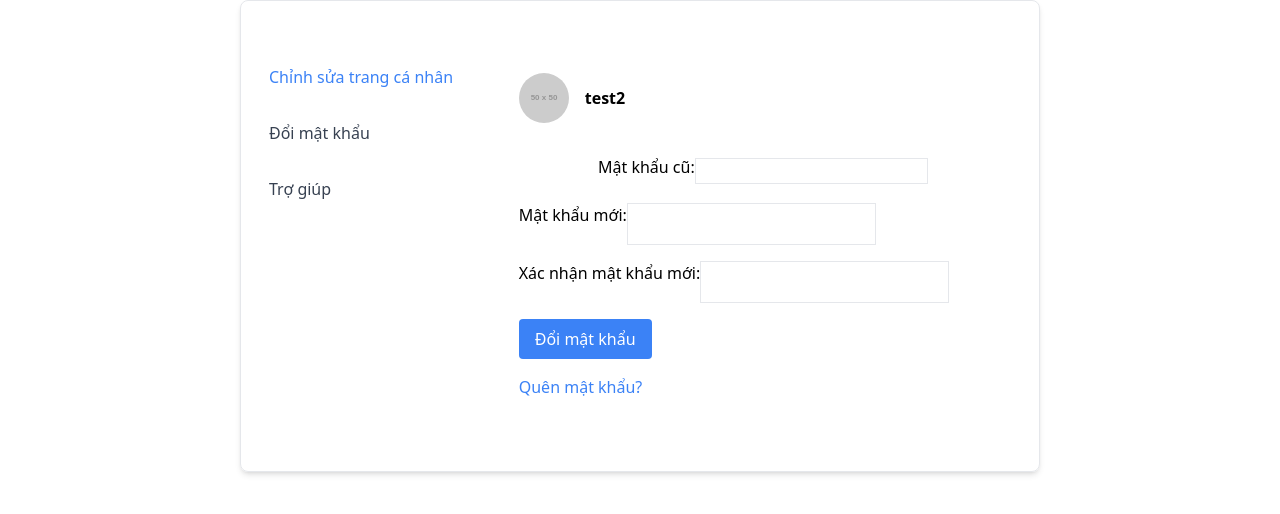
Repository: DangNgocDuong250903/2425_CS445AC_NHOM1
Page: /changepassword (app in social_fe/)
The author's editor kept a copy of each file at every save. The page is drawn from the files as they stood at one save, then again after the next save.
The browser window is 1280 px wide. The pictures show the whole page.
The project was rebuilt for these pictures with package versions that can differ from the ones it lists, and the page was loaded fresh each time. Also part of the build but not shown: social_fe/vite.config.js, social_fe/src/components/Button/index.jsx, social_fe/src/assets/index.js, social_fe/src/components/FriendCard/index.jsx, social_fe/src/components/Loading/index.jsx, social_fe/src/components/PostCard/index.jsx, social_fe/src/components/ProfileCard/index.jsx, social_fe/src/components/TextInput/index.jsx and 9 more.

Above is the page before, as saved 2024-11-05 16:44:50.

### social_fe/index.html
<!DOCTYPE html>
<html lang="en">
  <head>
    <meta charset="UTF-8" />
    <link rel="icon" type="image/svg+xml" href="/public/logo.svg" />
    <meta name="viewport" content="width=device-width, initial-scale=1.0" />
    <title>LinkVerse</title>
  </head>
  <body>
    <div id="root"></div>
    <script type="module" src="/src/main.jsx"></script>
  </body>
</html>

### social_fe/src/main.jsx
import { StrictMode } from "react";
import { createRoot } from "react-dom/client";
import App from "./App.jsx";
import "./index.css";
import { store } from "./redux/store.js";
import { Provider } from "react-redux";
import { BrowserRouter } from "react-router-dom";

createRoot(document.getElementById("root")).render(
  <StrictMode>
    <Provider store={store}>
      <BrowserRouter>
        <App />
      </BrowserRouter>
    </Provider>
  </StrictMode>,
);

### social_fe/src/App.jsx
import { Outlet, Navigate, Route, Routes, useLocation } from "react-router-dom";
import {
  Home,
  Profile,
  Register,
  Login,
  ResetPassword,
  NotFound,
} from "./pages";
import { useSelector } from "react-redux";
import UpdateUser from "./pages/ProfilePage/updateUser";
import ChangePassword from "./pages/ProfilePage/ChangePassword";

const Layout = () => {
  const { user } = useSelector((state) => state.user);
  const location = useLocation();

  return user?.token ? (
    <Outlet />
  ) : (
    <Navigate to="/login" state={{ from: location }} replace />
  );
};

function App() {
  const { theme } = useSelector((state) => state.theme);

  return (
    <div data-theme={theme} className="w-full min-h-[100vh]">
      <Routes>
        <Route element={<Layout />}>
          <Route path="/" element={<Home />} />
          <Route path="/profile" element={<Profile />} />
          <Route path="/update_user" element={<UpdateUser />} />
          <Route path="/changepassword" element={<ChangePassword />} />




        </Route>

        <Route path="/register" element={<Register />} />
        <Route path="/login" element={<Login />} />
        <Route path="/reset-password" element={<ResetPassword />} />
        <Route path="*" element={<NotFound />} />
      </Routes>
    </div>
  );
}

export default App;

### social_fe/src/index.css
@tailwind base;
@tailwind components;
@tailwind utilities;

::-webkit-scrollbar {
    display: none;
     -ms-overflow-style: none;  /* IE and Edge */
    scrollbar-width: none;
  }

  .topbar{
  position: sticky;
  top: 0px;
  z-index: 49;
  }


  .dots-container {
    display: flex;
    align-items: center;
    justify-content: center;
    height: 100%;
    width: 100%;
    margin-bottom: 5px;
  }

  .dot {
    height: 12px;
    width: 12px;
    margin-right: 10px;
    border-radius: 10px;
    background-color: #fff;
    animation: pulse 1.5s infinite ease-in-out;
  }

  .dot:last-child {
    margin-right: 0;
  }

  .dot:nth-child(1) {
    animation-delay: -0.3s;
  }

  .dot:nth-child(2) {
    animation-delay: -0.1s;
  }

  .dot:nth-child(3) {
    animation-delay: 0.1s;
  }

  @keyframes pulse {
    0% {
      transform: scale(0.8);
      background-color: #b3d4fc;
      box-shadow: 0 0 0 0 rgba(178, 212, 252, 0.7);
    }

    50% {
      transform: scale(1.2);
      background-color: #4b79e4;
      box-shadow: 0 0 0 10px rgba(178, 212, 252, 0);
    }

    100% {
      transform: scale(0.8);
      background-color: #2584f8;
      box-shadow: 0 0 0 0 rgba(178, 212, 252, 0.7);
    }
  }

  @layer base {
    :root {
      --color-bg: 227 227 227;
      --color-primary: 255 255 255;
      --color-secondary:255 255 255;
      --color-ascent1: 0 0 0;
      --color-ascent2: 89 91 100;
      --color-blue: 6 90 216;
      --color-white: 255 255 255;

    }
    /* //15 23 42  21 30 49*/
    [data-theme="dark"] {
       --color-bg: 12 12 12;
       --color-primary: 31 31 31;
      --color-secondary: 47 45 48;
      --color-ascent1: 255 255 255;
      --color-ascent2: 164 161 162;
      --color-blue: 6 90 216;
      /* //16 176 255; */
      --color-white: 255 255 255;
    }
  }

### social_fe/src/redux/store.js
import { configureStore } from "@reduxjs/toolkit";

import { rootReducer } from "./reducer";

const store = configureStore({
  reducer: rootReducer,
});

const { dispatch } = store;

export { store, dispatch };

### social_fe/src/pages/index.js
import Home from "./HomePage";
import Login from "./LoginPage";
import NotFound from "./NotFoundPage";
import Profile from "./ProfilePage";
import Register from "./RegisterPage";
import ResetPassword from "./ResetPasswordPage";

export { Home, Login, NotFound, Profile, Register, ResetPassword };

### social_fe/src/pages/ProfilePage/ChangePassword.jsx
import React, { useState } from 'react';
import { Link, useNavigate } from 'react-router-dom';

const ChangePassword = () => {
    const [selectedLink, setSelectedLink] = useState(1);
    const navigate = useNavigate()
    const handleLinkClick = (linkIndex) => {
        setSelectedLink(linkIndex);
    };
    return (
        <div className="flex w-[800px] mx-auto pt-10 pb-10 border border-gray-200 shadow-md rounded-lg">
            <div className="w-1/3 p-4 bg-white rounded-md ">
                <ul className="flex flex-col ">

                    <Link
                        to="/update_user"
                        onClick={() => handleLinkClick(1)}
                        className={`mb-4 font-medium hover:bg-gray-200 px-3 py-2 rounded-lg ${selectedLink === 1 ? 'text-blue-500' : 'text-gray-700'}`}
                    >
                        Chỉnh sửa trang cá nhân
                    </Link>


                    <Link
                        to="/changepassword"
                        onClick={() => handleLinkClick(2)}
                        className={`mb-4 font-medium hover:bg-gray-200 px-3 py-2 rounded-lg ${selectedLink === 2 ? 'text-blue-500' : 'text-gray-700'}`}
                    >
                        Đổi mật khẩu
                    </Link>

                    <Link

                        onClick={() => handleLinkClick(3)}
                        className={`mb-4 font-medium hover:bg-gray-200 px-3 py-2 rounded-lg ${selectedLink === 3 ? 'text-blue-500' : 'text-gray-700'}`}
                    >
                        Trợ giúp
                    </Link>
                </ul>
            </div>
            <div className="w-3/4 p-8">
                <div className="flex items-center mb-8">
                    <img src="https://placehold.co/50x50" alt="User avatar" className="mr-4 rounded-full" />
                    <span className="font-bold">test2</span>
                </div>
                <div className="flex items-center justify-center mb-4 ">
                    <label className="mb-2 ">Mật khẩu cũ:</label>
                    <input type="password" className="border " />
                </div>
                <div className="flex mb-4 ju">
                    <label className="block mb-2">Mật khẩu mới:</label>
                    <input type="password" className="p-2 border " />
                </div>
                <div className="flex mb-4">
                    <label className="block mb-2">Xác nhận mật khẩu mới:</label>
                    <input type="password" className="p-2 border " />
                </div>
                <button className="px-4 py-2 text-white bg-blue-500 rounded">Đổi mật khẩu</button>
                <div className="mt-4">
                    <a href="#" className="text-blue-500">Quên mật khẩu?</a>
                </div>
            </div>
        </div>
    );
};

export default ChangePassword;

### social_fe/src/redux/reducer.js
import { combineReducers } from "@reduxjs/toolkit";

import postSlice from "./Slices/postSlice";
import themeSlice from "./Slices/theme";
import userSlice from "./Slices/userSlice";

const rootReducer = combineReducers({
  user: userSlice,
  theme: themeSlice,
  posts: postSlice,
});

export { rootReducer };

### social_fe/src/redux/Slices/postSlice.js
import { createSlice } from "@reduxjs/toolkit";

const initialState = {
  posts: {},
};

const postSlice = createSlice({
  name: "post",
  initialState,
  reducers: {
    getPosts(state, action) {
      state.posts = action.payload;
    },
  },
});

export default postSlice.reducer;

export function SetPosts(post) {
  return (dispatch) => {
    dispatch(postSlice.actions.getPosts(post));
  };
}

### social_fe/src/redux/Slices/theme.js
import { createSlice } from "@reduxjs/toolkit";

const initialState = {
  theme: JSON.parse(window?.localStorage.getItem("theme")) ?? "dark",
};

const themeSlice = createSlice({
  name: "theme",
  initialState,
  reducers: {
    setTheme(state, action) {
      state.theme = action.payload;
      localStorage.setItem("theme", JSON.stringify(action.payload));
    },
  },
});

export default themeSlice.reducer;

export function SetTheme(value) {
  return (dispatch) => {
    dispatch(themeSlice.actions.setTheme(value));
  };
}

### social_fe/src/redux/Slices/userSlice.js
import { createSlice } from "@reduxjs/toolkit";

import { user } from "../../assets/data";

const initialState = {
  user: JSON.parse(window?.localStorage.getItem("user")) ?? user,
  edit: false,
};

const userSlice = createSlice({
  name: "user",
  initialState,
  reducers: {
    login(state, action) {
      state.user = action.payload;
      localStorage.setItem("user", JSON.stringify(action.payload));
    },
    logout(state) {
      state.user = null;
      localStorage?.removeItem("user");
    },
    updateProfile(state, action) {
      state.edit = action.payload;
    },
  },
});
export default userSlice.reducer;

export function UserLogin(user) {
  return (dispatch) => {
    dispatch(userSlice.actions.login(user));
  };
}

export function Logout() {
  return (dispatch) => {
    dispatch(userSlice.actions.logout());
  };
}

export function UpdateProfile(val) {
  return (dispatch) => {
    dispatch(userSlice.actions.updateProfile(val));
  };
}

### social_fe/tailwind.config.js
/** @type {import('tailwindcss').Config} */
export default {
  content: [
    "./index.html",
    "./src/**/*.{js,ts,jsx,tsx}",
  ],
  theme: {
    extend: {
      colors: {
        bgColor: "rgb(var(--color-bg) / <alpha-value>)",
        primary: "rgb(var(--color-primary) / <alpha-value>)",
        secondary: "rgb(var(--color-secondary) / <alpha-value>)",
        customBlue: "rgb(var(--color-blue) / <alpha-value>)",
        white: "rgb(var(--color-white) / <alpha-value>)",
        ascent: {
          1: "rgb(var(--colorgit-ascent1) / <alpha-value>)",
          2: "rgb(var(--color-ascent2) / <alpha-value>)",
        },
      },
      screens: {
        sm: "640px",

        md: "768px",

        lg: "1024px",

        xl: "1280px",

        "2xl": "1536px",
      },
      extend: {
      },
    },
    plugins: [],
  }
}

Loaded but not shown: social_fe/src/assets/data.js (508 lines, source omitted)

After the next save:
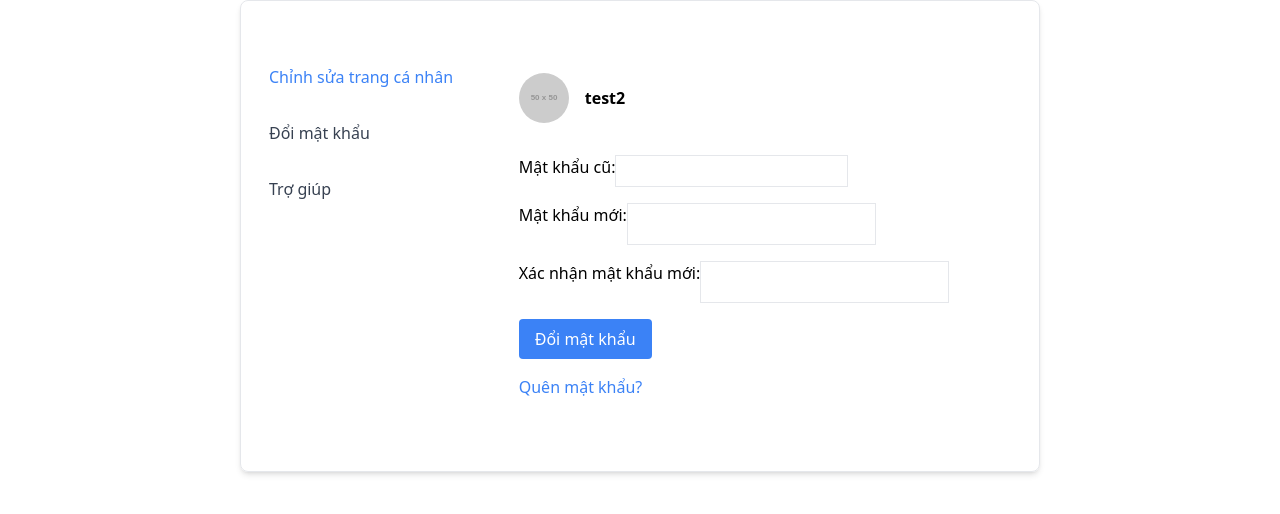
Saved 9 s later.
--- a/social_fe/src/pages/ProfilePage/ChangePassword.jsx
+++ b/social_fe/src/pages/ProfilePage/ChangePassword.jsx
@@ -43,7 +43,7 @@ const ChangePassword = () => {
                     <img src="https://placehold.co/50x50" alt="User avatar" className="mr-4 rounded-full" />
                     <span className="font-bold">test2</span>
                 </div>
-                <div className="flex items-center justify-center mb-4 ">
+                <div className="flex mb-4 ">
                     <label className="mb-2 ">Mật khẩu cũ:</label>
                     <input type="password" className="border " />
                 </div>
